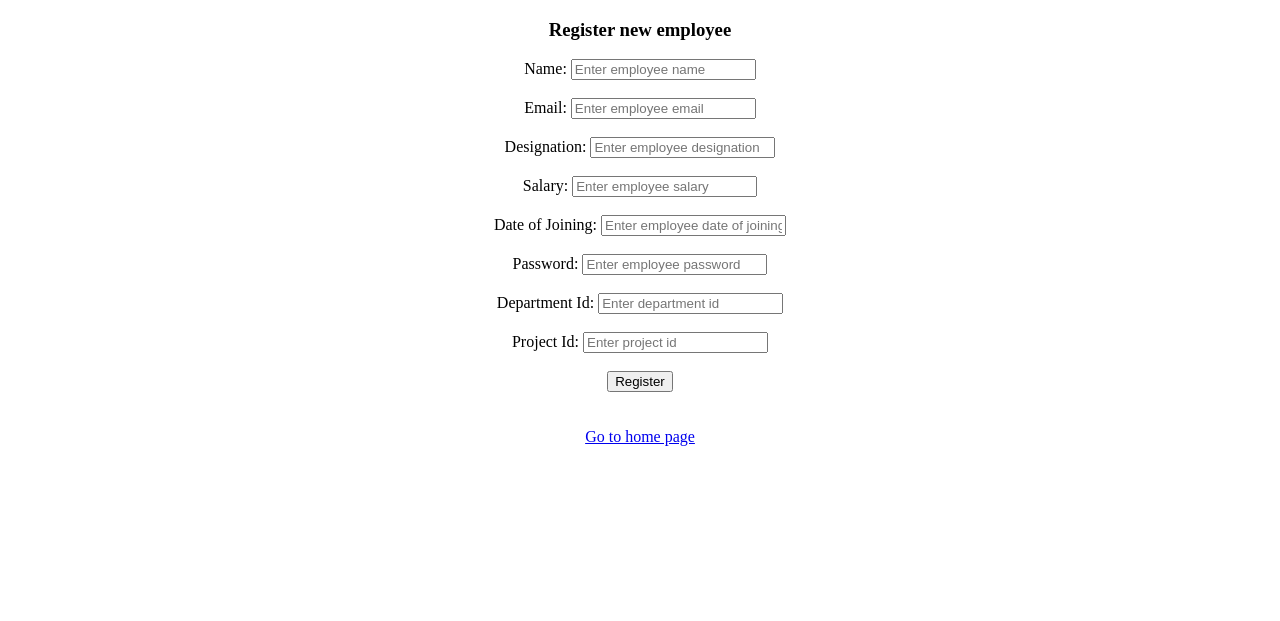
Repository: ArmanAli-cmd/EmployeeProjectDepartmentApplication
Page: http://localhost/EmployeeProjectDepartmentMVCApplication/views/employee-signup.jsp
These files come from the project's save history. The page is drawn as it stood at one moment and after the next save; the edit follows.
The browser window is 1280 px wide. The pictures show the whole page.
The page is served by Tomcat 9. Other server files are loaded and not shown.

Above is the page before, as saved 2024-01-18 05:06:22.

### EmployeeProjectDepartmentMVCApplication/src/main/webapp/views/employee-signup.jsp
<%@ page language="java" contentType="text/html; charset=ISO-8859-1"
	pageEncoding="ISO-8859-1"%>
<!DOCTYPE html>
<html>
<head>
<meta charset="ISO-8859-1">
<title>Employee Sign Up Page</title>
</head>
<body style="text-align: center;">
	<h3>Register new employee</h3>
	<form action="/employees/add" method="post">
		Name: <input type="text" name="name" placeholder="Enter employee name"
			required><br>
		<br> Email: <input type="email" name="email"
			placeholder="Enter employee email" required><br>
		<br> Designation: <input type="text" name="designation"
			placeholder="Enter employee designation" required><br>
		<br> Salary: <input type="text" name="salary"
			placeholder="Enter employee salary" required="required"><br>
		<br> Date of Joining: <input type="text" name="dateOfJoining"
			placeholder="Enter employee date of joining" required><br>
		<br> Password: <input type="password" name="password"
			placeholder="Enter employee password" required><br>
		<br> Department Id: <input type="number" name="departmentId"
			placeholder="Enter department id" required><br>
		<br> Project Id: <input type="number" name="projectId"
			placeholder="Enter project id" required><br>
		<br> <input type="submit" class="btn btn-primary" value="Register">
	</form>
<br><br>
<a href="/views/index.jsp"> Go to home page</a>
</body>
</html>

After the next save:
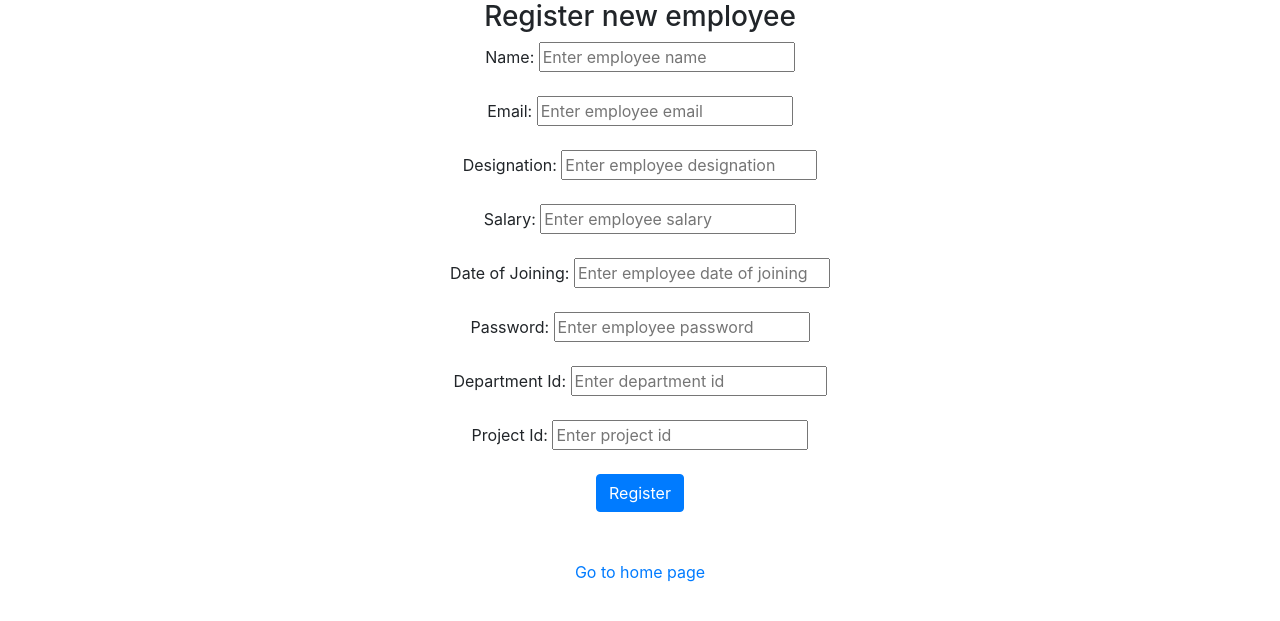
Saved 70 s later.
--- a/EmployeeProjectDepartmentMVCApplication/src/main/webapp/views/employee-signup.jsp
+++ b/EmployeeProjectDepartmentMVCApplication/src/main/webapp/views/employee-signup.jsp
@@ -3,7 +3,12 @@
 <!DOCTYPE html>
 <html>
 <head>
-<meta charset="ISO-8859-1">
+<meta charset="utf-8">
+  <meta name="viewport" content="width=device-width, initial-scale=1">
+  <link rel="stylesheet" href="https://cdn.jsdelivr.net/npm/bootstrap@4.6.2/dist/css/bootstrap.min.css">
+  <script src="https://cdn.jsdelivr.net/npm/jquery@3.7.1/dist/jquery.slim.min.js"></script>
+  <script src="https://cdn.jsdelivr.net/npm/popper.js@1.16.1/dist/umd/popper.min.js"></script>
+  <script src="https://cdn.jsdelivr.net/npm/bootstrap@4.6.2/dist/js/bootstrap.bundle.min.js"></script>
 <title>Employee Sign Up Page</title>
 </head>
 <body style="text-align: center;">
